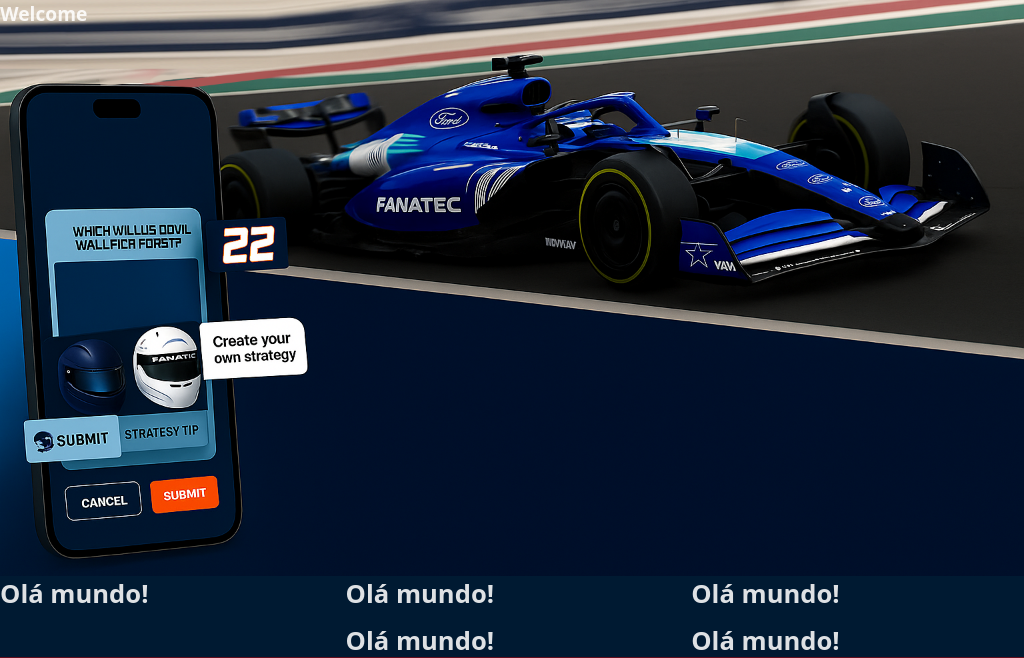
Repository: pedroantoniosi/ngm-esports-site
Page: /
An editor plug-in stored every save of this project. The page is shown before and after the next save, followed by the edit.
The browser window is 1280 px wide. The pictures show the whole page, at 80% of full size.
The project was rebuilt for these pictures with package versions that can differ from the ones it lists, and the page was loaded fresh each time. Also part of the build but not shown: vite.config.ts.

Above is the page before, as saved 2025-10-25 17:14:53.

### index.html
<!doctype html>
<html lang="en">
  <head>
    <meta charset="UTF-8" />
    <link rel="icon" type="image/svg+xml" href="/vite.svg" />
    <meta name="viewport" content="width=device-width, initial-scale=1.0" />
    <title>ngmesports</title>
  </head>
  <body>
    <div id="root"></div>
    <script type="module" src="/src/main.tsx"></script>
  </body>
</html>

### src/main.tsx
import { StrictMode } from "react";
import { createRoot } from "react-dom/client";
import "./index.css";
import "./reset.css";
import App from "./App.tsx";

createRoot(document.getElementById("root")!).render(
  <StrictMode>
    <App />
  </StrictMode>
);

### src/index.css
:root {
  font-family: system-ui, Avenir, Helvetica, Arial, sans-serif;
  font-weight: 400;

  color-scheme: light dark;
  color: rgba(255, 255, 255, 0.87);
  background-color: #001A32;

  font-synthesis: none;
  text-rendering: optimizeLegibility;
  -webkit-font-smoothing: antialiased;
  -moz-osx-font-smoothing: grayscale;
}




.hero-container {
  background-color: red;
  min-height: 100svh;
  background-image: url('./assets/img/banner.png');
  background-repeat: no-repeat;
  background-size: cover;
}



.news-content {
  display: grid;
  grid-template-columns: repeat(3, 1fr);
  grid-template-rows: repeat(2, 1fr);
  gap: 16px;

  & :nth-child(1) {
    grid-row: span 2 / span 2;
  }

  & :nth-child(4) {
    grid-column-start: 2;
  }

  & :nth-child(5) {
    grid-column-start: 3;
  }
}

### src/reset.css
/* <!-- ----------------------------------------------------------------------------------------------------------------- --> */
*,
*::before,
*::after {
  margin: 0;
  padding: 0;
  box-sizing: border-box;
  font-family: system-ui, -apple-system, BlinkMacSystemFont, "Segoe UI", Roboto, Oxygen, Ubuntu, Cantarell, "Open Sans", "Helvetica Neue", sans-serif;
}

input,
button,
select,
textarea {
  cursor: pointer;
  border: transparent;
  background-color: transparent;
  outline: none;
}

textarea {
  resize: none;
  min-height: 150px;

  /* Scrollbar moderno */
  &::-webkit-scrollbar {
    width: 12px;
    /* largura da barra lateral */
    height: 12px;
    /* altura da barra inferior */
  }

  &::-webkit-scrollbar-track {
    background: #0f0f0f;
    /* fundo do track */
  }

  &::-webkit-scrollbar-thumb {
    background-color: #555;
    border-radius: 10px;
    transition: background-color 0.3s ease;

    &:hover {
      background-color: #777;
      /* efeito hover suave */
    }

    &:active {
      background-color: #999;
      /* quando clica */
    }
  }

  /* Firefox */
  scrollbar-width: thin;
  scrollbar-color: #555 #0f0f0f;
}

ul,
ol {
  list-style: none;
}

a {
  text-decoration: none;
}

img,
picture {
  max-width: 100%;
  display: block;
  height: auto;
}

/* <!-- ----------------------------------------------------------------------------------------------------------------- --> */
.row-auto {
  display: flex;

  &>* {
    display: flex;
    flex: 1;
  }
}

.flex-1 {
  display: flex;
  flex: 1;
}

.flex-wrap {
  display: flex;
  flex-wrap: wrap;
}

/* <!-- ----------------------------------------------------------------------------------------------------------------- --> */
.row,
.row-xl,
.row-lg,
.row-md,
.row-sm {
  display: flex;
  flex-direction: row;
}

.col,
.col-xl,
.col-lg,
.col-md,
.col-sm {
  display: flex;
  flex-direction: column;
}

.row-reverse {
  display: flex;
  flex-direction: row-reverse;
}

.col-reverse {
  display: flex;
  flex-direction: column-reverse;
}

/* <!-- ----------------------------------------------------------------------------------------------------------------- --> */
.justify-center {
  justify-content: center;
}

.justify-around {
  justify-content: space-around;
}

.justify-between {
  justify-content: space-between;
}

.justify-evenly {
  justify-content: space-evenly;
}

.justify-start {
  justify-content: flex-start;
}

.justify-end {
  justify-content: flex-end;
}

/* <!-- ----------------------------------------------------------------------------------------------------------------- --> */
.align-center {
  align-items: center;
}

.align-start {
  align-items: start;
}

.align-end {
  align-items: end;
}

.align-self-center {
  align-self: center;
}

.align-self-start {
  align-self: flex-start;
}

.align-self-end {
  align-self: end;
}

/* <!-- ----------------------------------------------------------------------------------------------------------------- --> */
.gap-05 {
  gap: 0.5rem;
}

.gap-1 {
  gap: 1rem;
}

.gap-2 {
  gap: 2rem;
}

.gap-3 {
  gap: 3rem;
}

.gap-4 {
  gap: 4rem;
}

.gap-5 {
  gap: 5rem;
}

/* <!-- ----------------------------------------------------------------------------------------------------------------- --> */
.grid-auto {
  display: grid;
  grid-auto-flow: column;
  grid-auto-columns: 1fr;
}

.grid-2 {
  grid-template-columns: repeat(2, 1fr);
  grid-template-rows: auto;
}

.grid-3 {
  grid-template-columns: repeat(3, 1fr);
  grid-template-rows: auto;
}

.grid-4 {
  grid-template-columns: repeat(4, 1fr);
  grid-template-rows: auto;
}

.grid-5 {
  grid-template-columns: repeat(5, 1fr);
  grid-template-rows: auto;
}

.grid-6 {
  grid-template-columns: repeat(6, 1fr);
  grid-template-rows: auto;
}

.grid-7 {
  grid-template-columns: repeat(7, 1fr);
  grid-template-rows: auto;
}

.grid-8 {
  grid-template-columns: repeat(8, 1fr);
  grid-template-rows: auto;
}

.grid-9 {
  grid-template-columns: repeat(9, 1fr);
  grid-template-rows: auto;
}

.grid-10 {
  grid-template-columns: repeat(10, 1fr);
  grid-template-rows: auto;
}

.grid-11 {
  grid-template-columns: repeat(11, 1fr);
  grid-template-rows: auto;
}

.grid-12 {
  grid-template-columns: repeat(12, 1fr);
  grid-template-rows: auto;
}

.grid-2,
.grid-3,
.grid-4,
.grid-5,
.grid-6,
.grid-7,
.grid-8,
.grid-9,
.grid-10,
.grid-11,
.grid-12 {
  display: grid;
  grid-template-rows: 1fr;
}

/* <!-- -------------------------------- Margin -------------------------------- --> */
.m-auto {
  margin: 0 auto;
}

.mt-auto {
  margin-top: auto;
}

.mb-auto {
  margin-bottom: auto;
}

.ms-auto {
  margin-left: auto;
}

.me-auto {
  margin-right: auto;
}

.m-0 {
  margin: 0;
}

.m-05 {
  margin: 0.5rem;
}

.m-1 {
  margin: 1rem;
}

.m-2 {
  margin: 2rem;
}

.m-3 {
  margin: 3rem;
}

.m-4 {
  margin: 4rem;
}

.m-5 {
  margin: 5rem;
}

.mt-05 {
  margin-top: 0.5rem;
}

.mt-1 {
  margin-top: 1rem;
}

.mt-2 {
  margin-top: 2rem;
}

.mt-3 {
  margin-top: 3rem;
}

.mt-4 {
  margin-top: 4rem;
}

.mt-5 {
  margin-top: 5rem;
}

.mb-05 {
  margin-bottom: 0.5rem;
}

.mb-1 {
  margin-bottom: 1rem;
}

.mb-2 {
  margin-bottom: 2rem;
}

.mb-3 {
  margin-bottom: 3rem;
}

.mb-4 {
  margin-bottom: 4rem;
}

.mb-5 {
  margin-bottom: 5rem;
}

.ms-05 {
  margin-left: 0.5rem;
}

.ms-1 {
  margin-left: 1rem;
}

.ms-2 {
  margin-left: 2rem;
}

.ms-3 {
  margin-left: 3rem;
}

.ms-4 {
  margin-left: 4rem;
}

.ms-5 {
  margin-left: 5rem;
}

.me-05 {
  margin-right: 0.5rem;
}

.me-1 {
  margin-right: 1rem;
}

.me-2 {
  margin-right: 2rem;
}

.me-3 {
  margin-right: 3rem;
}

.me-4 {
  margin-right: 4rem;
}

.me-5 {
  margin-right: 5rem;
}

.mx-05 {
  margin-left: 0.5rem;
  margin-right: 0.5rem;
}

.mx-1 {
  margin-left: 1rem;
  margin-right: 1rem;
}

.mx-2 {
  margin-left: 2rem;
  margin-right: 2rem;
}

.mx-3 {
  margin-left: 3rem;
  margin-right: 3rem;
}

.mx-4 {
  margin-left: 4rem;
  margin-right: 4rem;
}

.mx-5 {
  margin-left: 5rem;
  margin-right: 5rem;
}

.my-05 {
  margin-top: 0.5rem;
  margin-bottom: 0.5rem;
}

.my-1 {
  margin-top: 1rem;
  margin-bottom: 1rem;
}

.my-2 {
  margin-top: 2rem;
  margin-bottom: 2rem;
}

.my-3 {
  margin-top: 3rem;
  margin-bottom: 3rem;
}

.my-4 {
  margin-top: 4rem;
  margin-bottom: 4rem;
}

.my-5 {
  margin-top: 5rem;
  margin-bottom: 5rem;
}

/* <!-- -------------------------------- Padding -------------------------------- --> */
.p-0 {
  padding: 0;
}

.p-05 {
  padding: 0.5rem;
}

.p-1 {
  padding: 1rem;
}

.p-2 {
  padding: 2rem;
}

.p-3 {
  padding: 3rem;
}

.p-4 {
  padding: 4rem;
}

.p-5 {
  padding: 5rem;
}

.pt-05 {
  padding-top: 0.5rem;
}

.pt-1 {
  padding-top: 1rem;
}

.pt-2 {
  padding-top: 2rem;
}

.pt-3 {
  padding-top: 3rem;
}

.pt-4 {
  padding-top: 4rem;
}

.pt-5 {
  padding-top: 5rem;
}

.pb-05 {
  padding-bottom: 0.5rem;
}

.pb-1 {
  padding-bottom: 1rem;
}

.pb-2 {
  padding-bottom: 2rem;
}

.pb-3 {
  padding-bottom: 3rem;
}

.pb-4 {
  padding-bottom: 4rem;
}

.pb-5 {
  padding-bottom: 5rem;
}

.ps-05 {
  padding-left: 0.5rem;
}

.ps-1 {
  padding-left: 1rem;
}

.ps-2 {
  padding-left: 2rem;
}

.ps-3 {
  padding-left: 3rem;
}

.ps-4 {
  padding-left: 4rem;
}

.ps-5 {
  padding-left: 5rem;
}

.pe-05 {
  padding-right: 0.5rem;
}

.pe-1 {
  padding-right: 1rem;
}

.pe-2 {
  padding-right: 2rem;
}

.pe-3 {
  padding-right: 3rem;
}

.pe-4 {
  padding-right: 4rem;
}

.pe-5 {
  padding-right: 5rem;
}

.px-05 {
  padding-left: 0.5rem;
  padding-right: 0.5rem;
}

.px-1 {
  padding-left: 1rem;
  padding-right: 1rem;
}

.px-2 {
  padding-left: 2rem;
  padding-right: 2rem;
}

.px-3 {
  padding-left: 3rem;
  padding-right: 3rem;
}

.px-4 {
  padding-left: 4rem;
  padding-right: 4rem;
}

.px-5 {
  padding-left: 5rem;
  padding-right: 5rem;
}

.py-05 {
  padding-top: 0.5rem;
  padding-bottom: 0.5rem;
}

.py-1 {
  padding-top: 1rem;
  padding-bottom: 1rem;
}

.py-2 {
  padding-top: 2rem;
  padding-bottom: 2rem;
}

.py-3 {
  padding-top: 3rem;
  padding-bottom: 3rem;
}

.py-4 {
  padding-top: 4rem;
  padding-bottom: 4rem;
}

.py-5 {
  padding-top: 5rem;
  padding-bottom: 5rem;
}

/* <!-- -------------------------------- Tools -------------------------------- --> */
.position-absolute {
  position: absolute;
}

.center-aboslute {
  top: 50%;
  left: 50%;
  transform: translate(-50%, -50%);
}

.position-relative {
  position: relative;
}

.position-fixed {
  position: fixed;
}

.position-sticky {
  position: sticky;
}

/* <!-- -------------------------------- Display -------------------------------- --> */
.row,
.row-xl,
.row-lg,
.row-md,
.row-sm {
  display: flex;
}

.d-grid,
.d-grid-xl,
.d-grid-lg,
.d-grid-md,
.d-grid-sm {
  display: grid;
}

.d-none,
.d-none-xl,
.d-none-lg,
.d-none-md,
.d-none-sm {
  display: none;
}

.d-block,
.d-block-xl,
.d-block-lg,
.d-block-md,
.d-block-sm {
  display: block;
}

.d-flex,
.d-flex-xl,
.d-flex-lg,
.d-flex-md,
.d-flex-sm {
  display: flex;
}

/* <!-- -------------------------------- Tools -------------------------------- --> */
.cursor-pointer {
  cursor: pointer;
}

.overflow-hidden {
  overflow: hidden;
}

.textwrap-none {
  white-space: none;
}

.select-none {
  -webkit-user-select: none;
  -moz-user-select: none;
  user-select: none;
}

.text-center {
  text-align: center;
}

.place-center {
  place-items: center;
}

.w-100 {
  width: 100%;
}

.h-100 {
  height: 100%;
}

/* Large screen devices (Desktops) */
@media (max-width: 992px) {
  .row-lg {
    display: flex;
    flex-direction: column;
  }

  .d-flex-lg {
    display: none;
  }

  .d-none-lg {
    display: block;
  }
}

/* Medium Screens Devices (Tablets) */
@media (max-width: 768px) {
  .row-md {
    display: flex;
    flex-direction: column;
  }

  .d-flex-md {
    display: none;
  }

  .d-none-md {
    display: block;
  }
}

/*  Small devices (Phones) */
@media (max-width: 568px) {
  .row-sm {
    display: flex;
    flex-direction: column;
  }

  .d-flex-sm {
    display: none;
  }

  .d-none-sm {
    display: block;
  }
}

/*# sourceMappingURL=reset.css.map */

### src/App.tsx
import Hero from "./components/Hero/Index";
import NewsTemplate from "./components/Template/NewsTemplate";

function App() {
  return (
    <>
      <Hero />
      <NewsTemplate />
    </>
  );
}

export default App;

### src/components/Hero/Index.tsx
import React from "react";

interface HeroProps {
  title?: string;
  subtitle?: string;
  children?: React.ReactNode;
}

const Hero = ({ title = "Welcome", subtitle, children }: HeroProps) => {
  return (
    <section className="hero-container" role="banner" aria-label="Hero">
      <div className="hero-content">
        <h1>{title}</h1>
        {subtitle && <p className="hero-subtitle">{subtitle}</p>}
        {children}
      </div>
    </section>
  );
};

export default Hero;

### src/components/Template/NewsTemplate.tsx
const NewsTemplate = () => {
  return (
    <>
      <div className="news-content">
        <h1>Olá mundo!</h1>
        <h1>Olá mundo!</h1>
        <h1>Olá mundo!</h1>
        <h1>Olá mundo!</h1>
        <h1>Olá mundo!</h1>
      </div>
    </>
  );
};

export default NewsTemplate;

After the next save:
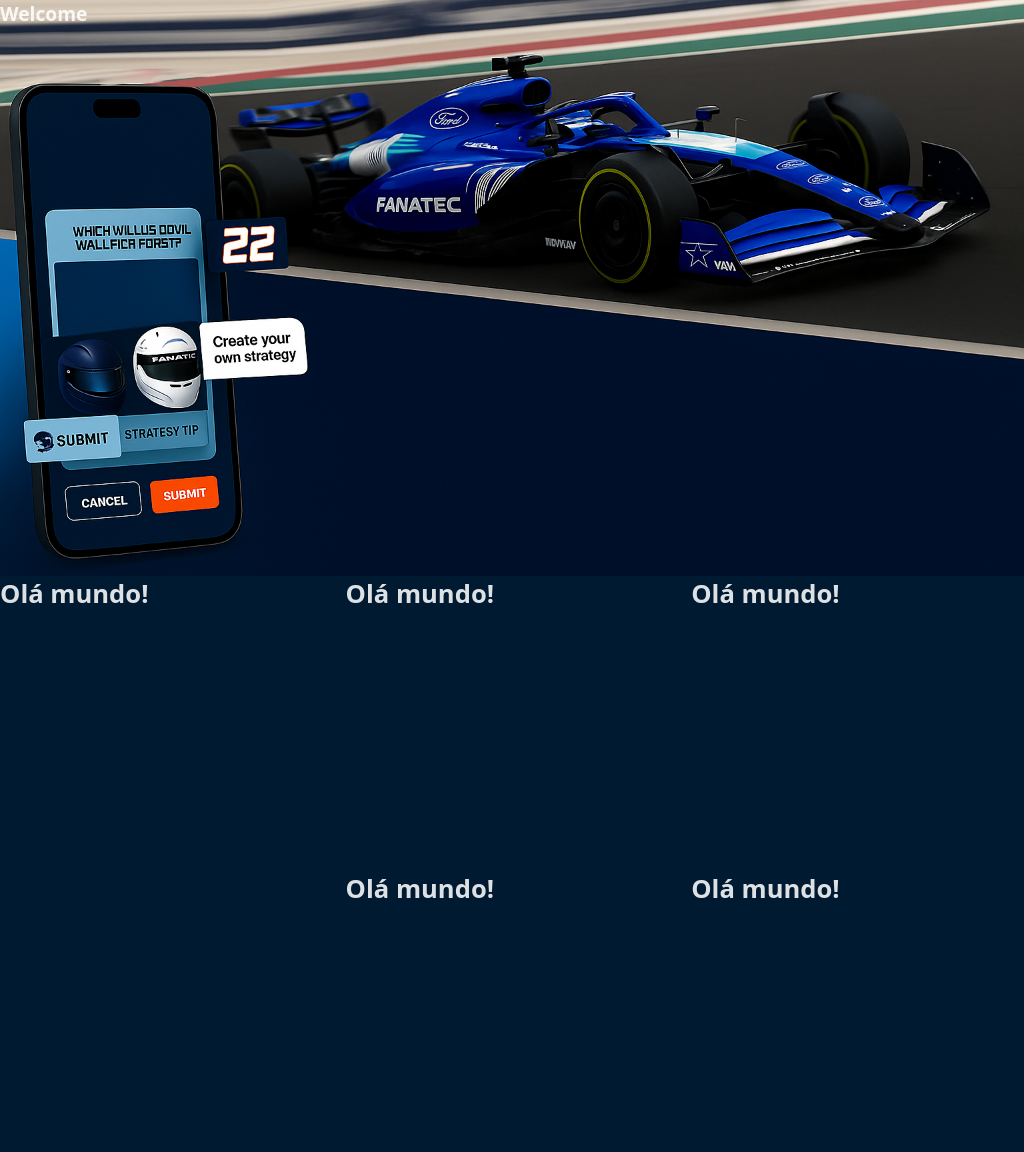
Saved 15 s later.
--- a/src/index.css
+++ b/src/index.css
@@ -30,6 +30,7 @@
   grid-template-columns: repeat(3, 1fr);
   grid-template-rows: repeat(2, 1fr);
   gap: 16px;
+  min-height: 100svh;
 
   & :nth-child(1) {
     grid-row: span 2 / span 2;
